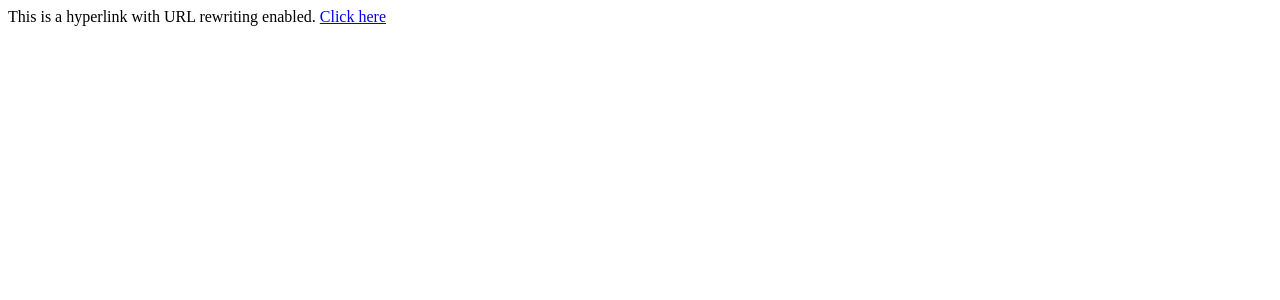
Repository: Freshield/GAEJSP
Page: http://localhost/Chp9.1/tester6.jsp
The author's editor kept a copy of each file at every save. The page is drawn from the files as they stood at one save, then again after the next save.
The browser window is 1280 px wide. The pictures show the whole page.
The page is served by Tomcat 9.

Above is the page before, as saved 2016-03-30 21:05:52.

After the next save:
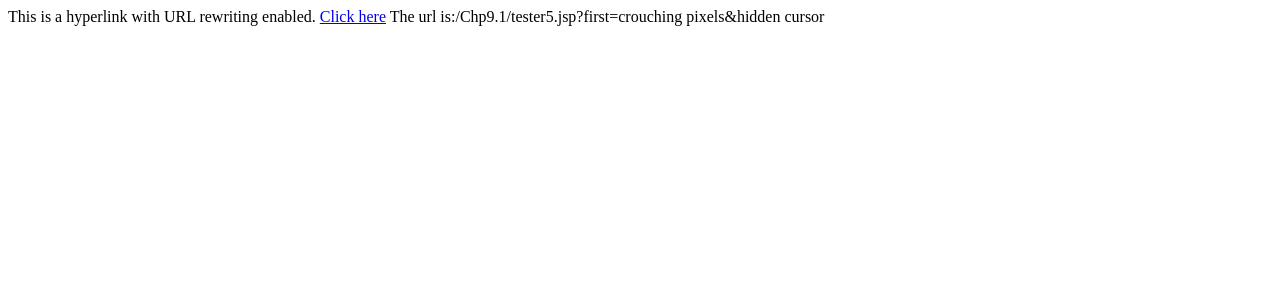
Saved 5 min 34 s later.
--- a/real-headfirst/Chp9.1/WebContent/tester6.jsp
+++ b/real-headfirst/Chp9.1/WebContent/tester6.jsp
@@ -11,6 +11,11 @@
 This is a hyperlink with URL rewriting enabled.
 
 <a href="<c:url value='/tester5.jsp'/>">Click here</a>
+<c:set var="last" value="hidden cursor"></c:set>
+<c:set var="first" value="crouching pixels"></c:set>
+
+<c:url value="/tester5.jsp?first=${first}&${ last }" var="inputURL"></c:url>
+The url is:${ inputURL }
 
 </body>
 </html>
